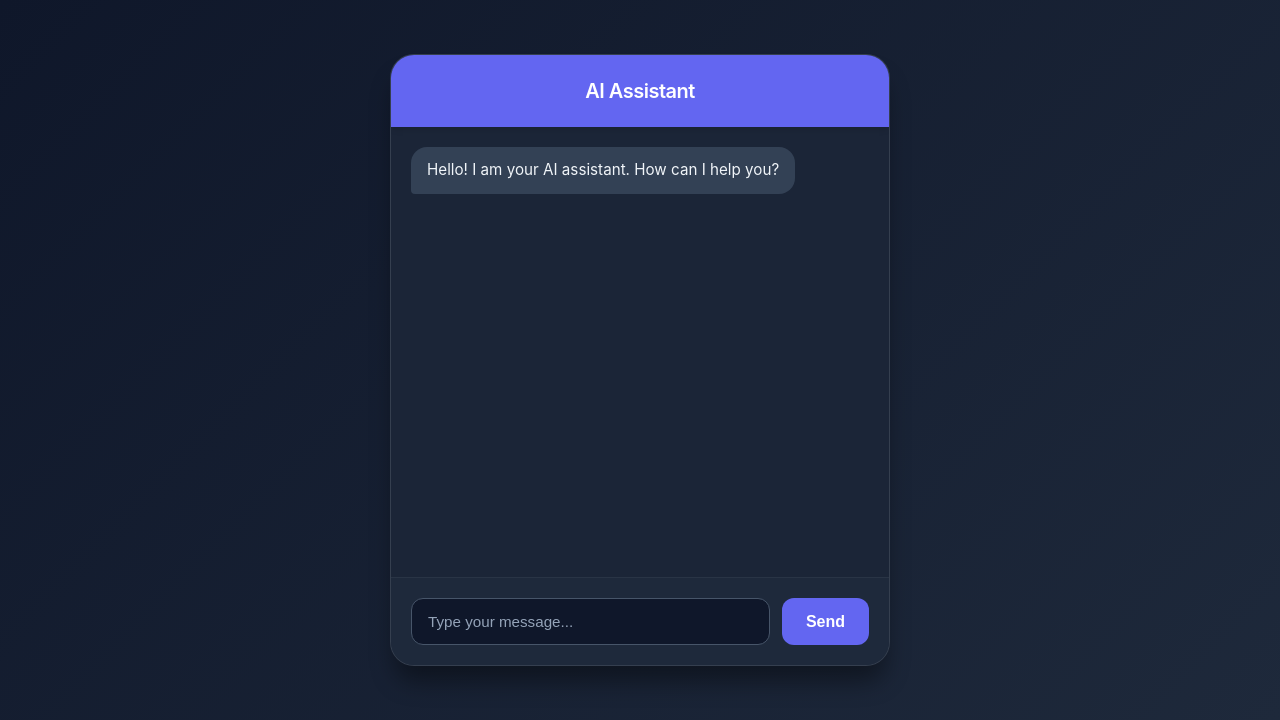
Repository: VanshJaggi12/chatbot1
Page: /
These files come from the project's save history. The page is drawn as it stood at one moment and after the next save; the edit follows.
The browser window is 1280 px wide. The pictures show the whole page.
The project was rebuilt for these pictures with package versions that can differ from the ones it lists, and the page was loaded fresh each time. Also part of the build but not shown: vite.config.js.

Above is the page before, as saved 2026-03-11 01:50:16.

### src/main.jsx
import { StrictMode } from 'react'
import { createRoot } from 'react-dom/client'
import './index.css'
import App from './App.jsx'

import '@fontsource/roboto/300.css';
import '@fontsource/roboto/400.css';
import '@fontsource/roboto/500.css';
import '@fontsource/roboto/700.css';


createRoot(document.getElementById('root')).render(
  <StrictMode>
    <App />
  </StrictMode>,
)

### src/index.css
/* src/index.css */
:root {
  --bg-gradient: linear-gradient(135deg, #0f172a 0%, #1e293b 100%);
  --font-main: 'Inter', sans-serif;
}

* {
  box-sizing: border-box;
}

body {
  margin: 0;
  padding: 0;
  display: flex;
  justify-content: center;
  align-items: center;
  min-width: 320px;
  min-height: 100vh;
  background: var(--bg-gradient);
  font-family: var(--font-main);
  color: #f8fafc;
}

#root {
  width: 100%;
  display: flex;
  justify-content: center;
}

### src/App.jsx
// src/App.jsx
import React, { useState, useEffect, useRef } from 'react';
import './App.css';

function App() {
  // State to store conversation history
  const [messages, setMessages] = useState([
    { text: "Hello! I am your AI assistant. How can I help you?", sender: "bot" }
  ]);
  const [input, setInput] = useState("");
  const chatEndRef = useRef(null);

  // Auto-scroll to the newest message
  const scrollToBottom = () => {
    chatEndRef.current?.scrollIntoView({ behavior: "smooth" });
  };

  useEffect(() => {
    scrollToBottom();
  }, [messages]);

  // Handle submitting a new message
  const handleSend = (e) => {
    e.preventDefault();
    if (!input.trim()) return; // Don't send empty messages

    // Add user message to UI
    const userMsg = { text: input, sender: "user" };
    setMessages((prev) => [...prev, userMsg]);
    setInput(""); // Clear input field

    // Simulate Bot Response (Replace this setTimeout with your actual API fetch call later)
    setTimeout(() => {
      const botMsg = {
        text: "This is a placeholder response. Connect your backend API here!",
        sender: "bot"
      };
      setMessages((prev) => [...prev, botMsg]);
    }, 1000);
  };

  return (
    <div className="app-container">
      <header className="chat-header">
        <h1>AI Assistant</h1>
      </header>

      <div className="chat-window">
        {/* Render all messages dynamically */}
        {messages.map((msg, index) => (
          <div key={index} className={`message ${msg.sender}`}>
            {msg.text}
          </div>
        ))}
        {/* Empty div used as a target for auto-scrolling */}
        <div ref={chatEndRef} />
      </div>

      <form className="input-form" onSubmit={handleSend}>
        <input
          type="text"
          value={input}
          onChange={(e) => setInput(e.target.value)}
          placeholder="Type your message..."
          autoComplete="off"
        />
        <button type="submit">Send</button>
      </form>
    </div>
  );
}

export default App;

### src/App.css
/* src/App.css */
.app-container {
  width: 90%;
  max-width: 500px;
  height: 85vh;
  background: #1e293b;
  border-radius: 24px;
  display: flex;
  flex-direction: column;
  box-shadow: 0 20px 25px -5px rgba(0, 0, 0, 0.4);
  border: 1px solid rgba(255, 255, 255, 0.1);
  overflow: hidden;
}

.chat-header {
  padding: 24px;
  background: #6366f1;
  text-align: center;
  box-shadow: 0 4px 6px -1px rgba(0, 0, 0, 0.1);
  z-index: 10;
}

.chat-header h1 {
  margin: 0;
  font-size: 1.25rem;
  font-weight: 600;
  letter-spacing: -0.025em;
  color: #ffffff;
}

.chat-window {
  flex: 1;
  padding: 20px;
  overflow-y: auto;
  display: flex;
  flex-direction: column;
  gap: 16px;
  background: rgba(15, 23, 42, 0.2);
  /* Custom Scrollbar for Webkit */
  scrollbar-width: thin;
  scrollbar-color: #475569 transparent;
}

.chat-window::-webkit-scrollbar {
  width: 6px;
}

.chat-window::-webkit-scrollbar-thumb {
  background-color: #475569;
  border-radius: 10px;
}

.message {
  max-width: 85%;
  padding: 12px 16px;
  border-radius: 16px;
  font-size: 0.95rem;
  line-height: 1.5;
  word-wrap: break-word;
}

.bot {
  align-self: flex-start;
  background: #334155;
  color: #f1f5f9;
  border-bottom-left-radius: 4px;
}

.user {
  align-self: flex-end;
  background: #4f46e5;
  color: #ffffff;
  border-bottom-right-radius: 4px;
}

.input-form {
  padding: 20px;
  display: flex;
  gap: 12px;
  background: #1e293b;
  border-top: 1px solid rgba(255, 255, 255, 0.05);
}

.input-form input {
  flex: 1;
  padding: 14px 16px;
  border-radius: 12px;
  border: 1px solid #475569;
  background: #0f172a;
  color: #ffffff;
  font-size: 0.95rem;
  outline: none;
  transition: all 0.3s ease;
}

.input-form input::placeholder {
  color: #94a3b8;
}

.input-form input:focus {
  border-color: #6366f1;
  box-shadow: 0 0 0 2px rgba(99, 102, 241, 0.2);
}

.input-form button {
  padding: 0 24px;
  border-radius: 12px;
  border: none;
  background: #6366f1;
  color: #ffffff;
  font-size: 1rem;
  font-weight: 600;
  cursor: pointer;
  transition: background-color 0.2s ease, transform 0.1s ease;
}

.input-form button:hover {
  background: #4f46e5;
}

.input-form button:active {
  transform: scale(0.98);
}

Loaded but not shown: index.html (common file)

After the next save:
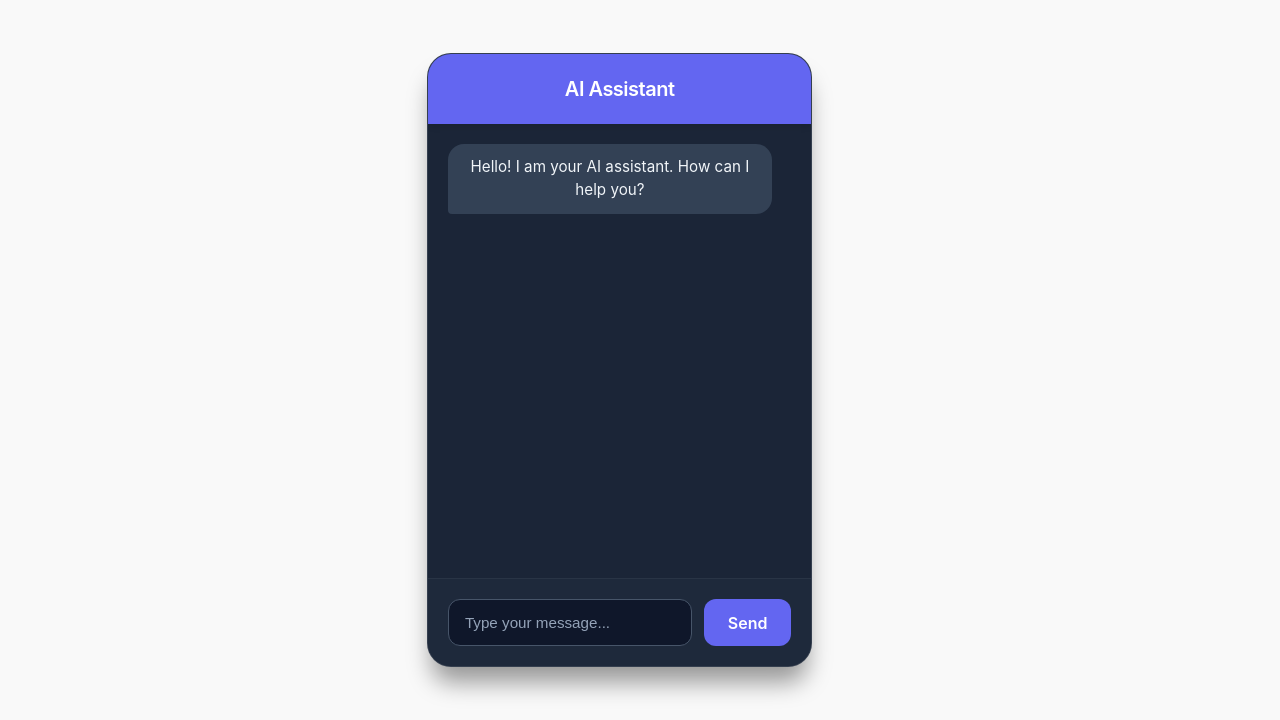
Saved 9 s later.
--- a/src/index.css
+++ b/src/index.css
@@ -1,28 +1,86 @@
-/* src/index.css */
-:root {
-  --bg-gradient: linear-gradient(135deg, #0f172a 0%, #1e293b 100%);
-  --font-main: 'Inter', sans-serif;
-}
+/* index.css (default Vite + React setup) */
 
-* {
-  box-sizing: border-box;
+#root {
+  max-width: 1280px;
+  margin: 0 auto;
+  padding: 2rem;
+  text-align: center;
 }
 
 body {
   margin: 0;
-  padding: 0;
+  font-family: Inter, system-ui, Avenir, Helvetica, Arial, sans-serif;
+  -webkit-font-smoothing: antialiased;
+  -moz-osx-font-smoothing: grayscale;
+  background-color: #f9f9f9;
+  color: #333;
+}
+
+:root {
+  font-family: system-ui, Avenir, Helvetica, Arial, sans-serif;
+  line-height: 1.5;
+  font-weight: 400;
+
+  color-scheme: light dark;
+  color: rgba(255, 255, 255, 0.87);
+  background-color: #242424;
+
+  font-synthesis: none;
+  text-rendering: optimizeLegibility;
+  -webkit-font-smoothing: antialiased;
+  -moz-osx-font-smoothing: grayscale;
+}
+
+a {
+  font-weight: 500;
+  color: #646cff;
+  text-decoration: inherit;
+}
+a:hover {
+  color: #535bf2;
+}
+
+body {
+  margin: 0;
   display: flex;
-  justify-content: center;
-  align-items: center;
+  place-items: center;
   min-width: 320px;
   min-height: 100vh;
-  background: var(--bg-gradient);
-  font-family: var(--font-main);
-  color: #f8fafc;
 }
 
-#root {
-  width: 100%;
-  display: flex;
-  justify-content: center;
+h1 {
+  font-size: 3.2em;
+  line-height: 1.1;
 }
+
+button {
+  border-radius: 8px;
+  border: 1px solid transparent;
+  padding: 0.6em 1.2em;
+  font-size: 1em;
+  font-weight: 500;
+  font-family: inherit;
+  background-color: #1a1a1a;
+  cursor: pointer;
+  transition: border-color 0.25s;
+}
+button:hover {
+  border-color: #646cff;
+}
+button:focus,
+button:focus-visible {
+  outline: 4px auto -webkit-focus-ring-color;
+}
+
+@media (prefers-color-scheme: light) {
+  :root {
+    color: #213547;
+    background-color: #ffffff;
+  }
+  a:hover {
+    color: #747bff;
+  }
+  button {
+    background-color: #f9f9f9;
+  }
+}
